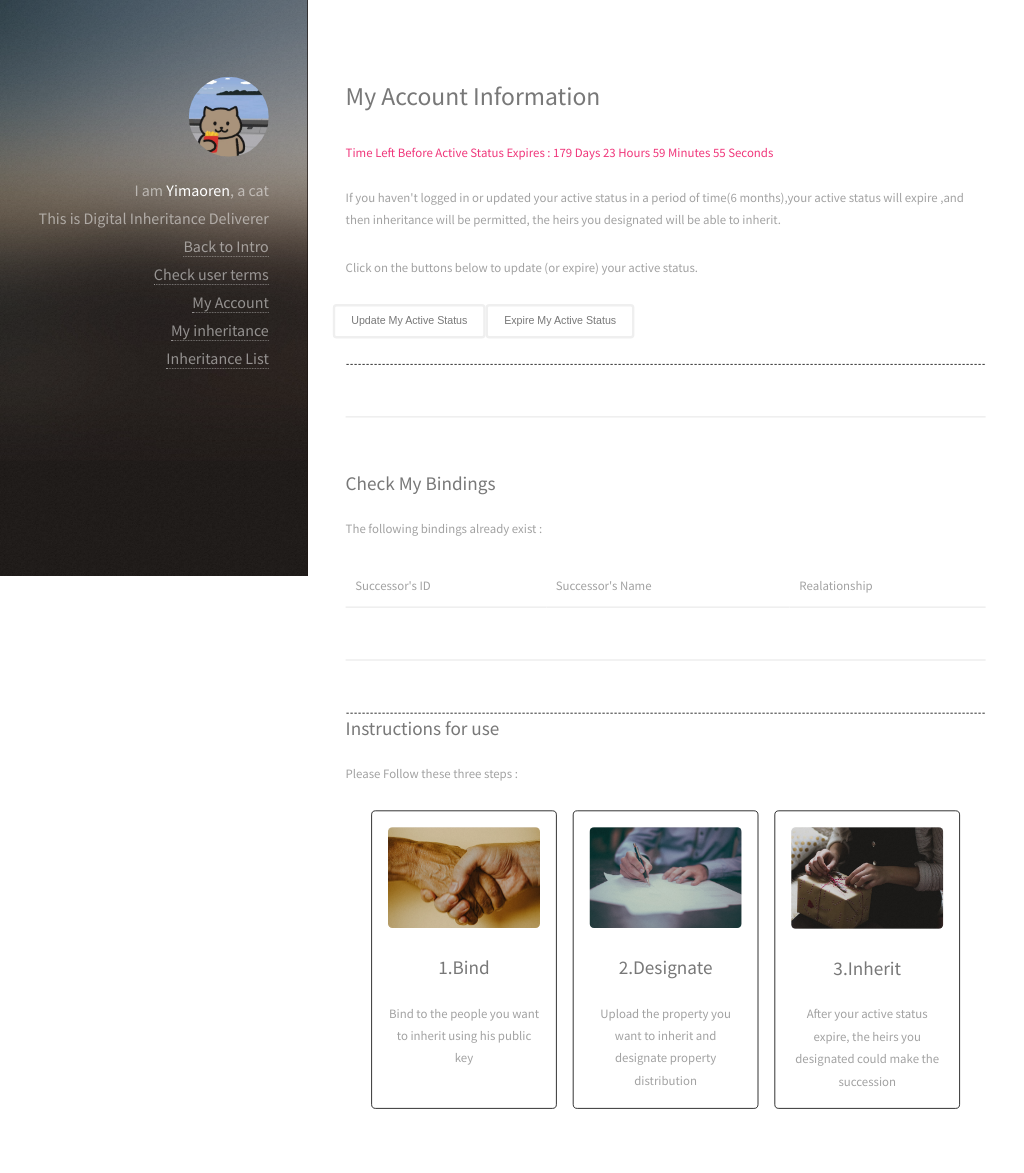
Repository: 1mocat/DID-blockchain-project
Page: Digital_I_D/app/src/myaccount.html
The author's editor kept a copy of each file at every save. The page is drawn from the files as they stood at one save, then again after the next save.
The browser window is 1280 px wide. The pictures show the whole page, at 80% of full size.

Above is the page before, as saved 2023-10-03 00:21:44.

### Digital_I_D/app/src/myaccount.html
<!DOCTYPE HTML>
<html>



<head>
	<title>Strata by HTML5 UP</title>
	<meta charset="utf-8" />
	<meta name="viewport" content="width=device-width, initial-scale=1, user-scalable=no" />
	<link rel="stylesheet" href="assets_account/css/main.css" />
	<style>
		#countdown {
			font-size: 16px;
			color: rgb(240, 55, 123);
		}

		.container {
			display: grid;
			/* 使用 grid 布局 */
			grid-template-columns: repeat(3, 1fr);
			/* 创建三列，均匀分布空间 */
			gap: 20px;
			/* 间隔大小 */
		}

		.box {
			padding: 20px;
			/* 内边距 */
			border: 1px solid #000;
			/* 边框样式 */
			text-align: center;
			/* 文本居中 */
		}
		.dashed-line {
      border: none;
      border-top: 1px dashed #000; /* 使用 dashed 边框样式和颜色 */
      margin: 1px ; /* 设置上下间距 */
    }
	</style>
</head>

<body class="is-preload">

	<!-- Header -->

	<header id="header">
		<div class="inner">
			<a href="#" class="image avatar"><img src="images/yimaoren.jpg" alt="" /></a>
			<h1>I am <strong>Yimaoren</strong>, a cat<br /></h1>
			<h1>This is Digital Inheritance Deliverer</h1>
			<h1><a href="index.html">Back to Intro</a></h1>
			<h1><a href="UserAgreement.html">Check user terms</a></h1>
			<h1><a href="NFTList.html">My Account</a></h1>
			<h1><a href="NFTList.html">My inheritance</a></h1>
			<h1><a href="AuctionList.html">Inheritance List</a></h1>
		</div>
	</header>

	<!-- Main -->
	<div id="main">

		<!-- One -->
		<section id="one">
			<header class="major">
				<h2>My Account Information</h2>
				<div id="countdown"></div>
				<script>
					// 目标日期：当前日期 + 30*6 天
					const targetDate = new Date();
					targetDate.setDate(targetDate.getDate() + 30 * 6);

					// 更新倒计时的函数
					function updateCountdown() {
						const currentDate = new Date();
						const timeDifference = targetDate - currentDate;

						if (timeDifference <= 0) {
							document.getElementById('countdown').innerHTML = '倒计时结束';
						} else {
							const days = Math.floor(timeDifference / (1000 * 60 * 60 * 24));
							const hours = Math.floor((timeDifference % (1000 * 60 * 60 * 24)) / (1000 * 60 * 60));
							const minutes = Math.floor((timeDifference % (1000 * 60 * 60)) / (1000 * 60));
							const seconds = Math.floor((timeDifference % (1000 * 60)) / 1000);

							const countdownText = `Time Left Before Active Status Expires : ${days} Days ${hours} Hours ${minutes} Minutes ${seconds} Seconds`;
							document.getElementById('countdown').innerHTML = countdownText;
						}
					}
					// 初始调用更新倒计时
					updateCountdown();
					// 每秒更新一次倒计时
					setInterval(updateCountdown, 1000);
				</script>
			</header>

			<p><br>If you haven't logged in or updated your active status in a period of time(6 months),your active
				status will expire ,and then inheritance will be permitted, the heirs you designated will be able to
				inherit.
				<br>
			</p>
			<p> Click on the buttons below to update (or expire) your active status. </p>
			<ul class="actions">
				<button onclick="" class="button">Update My Active Status </button>
				<button onclick="" class="button">Expire My Active Status </button>
			</ul>
			<hr class="dashed-line">
		</section>
		<section id="two">

			<h2>Check My Bindings</h2>
			<p>The following bindings already exist :</p>
			<div class="table-margin">
				<table class="table table-bordered table-header">
					<thead>
						<tr>
							<td class="w15">Successor's ID</td>
							<td class="w15">Successor's Name</td>
							<td class="w15">Realationship</td>

						</tr>
					</thead>
					<tbody id="details"></tbody>
				</table>
			</div>
		</section>
		<!-- Three -->
		<section id="three">
			<hr class="dashed-line">
			<h2>Instructions for use</h2>
			<p>Please Follow these three steps :</p>
			<div class="container">
				<div class="box">
					<a class="image fit"><img src="images/bind.jpg" title="Bind" alt="" /></a>
					<h2>1.Bind</h2>
					<p>Bind to the people you want to inherit using his public key</p>
				</div>
				<div class="box">
					<a class="image fit"><img src="images/assign.jpg" title="Designate" alt="" /></a>
					<h2>2.Designate</h2>
					<p>Upload the property you want to inherit and designate property distribution</p>
				</div>
				<div class="box">
					<a class="image fit"><img src="images/open.png" title="Inherit" alt="" /></a>
					<h2>3.Inherit</h2>
					<p>After your active status expire, the heirs you designated could make the succession</p>
				</div>
			</div>
		</section>



	</div>



	<!-- Scripts -->
	<script src="assets_account/js/jquery.min.js"></script>
	<script src="assets_account/js/jquery.poptrox.min.js"></script>
	<script src="assets_account/js/browser.min.js"></script>
	<script src="assets_account/js/breakpoints.min.js"></script>
	<script src="assets_account/js/util.js"></script>
	<script src="assets_account/js/main.js"></script>




</body>

</html>

Loaded but not shown: Digital_I_D/app/src/assets_account/css/fontawesome-all.min.css (library); Digital_I_D/app/src/assets_account/js/jquery.min.js (library); Digital_I_D/app/src/assets_account/js/jquery.poptrox.min.js (library); Digital_I_D/app/src/assets_account/js/browser.min.js (common file); Digital_I_D/app/src/assets_account/js/breakpoints.min.js (common file); Digital_I_D/app/src/assets_account/js/util.js (587 lines, source omitted); Digital_I_D/app/src/assets_account/js/main.js (117 lines, source omitted); Digital_I_D/app/src/assets_account/css/main.css (3221 lines, source omitted)

After the next save:
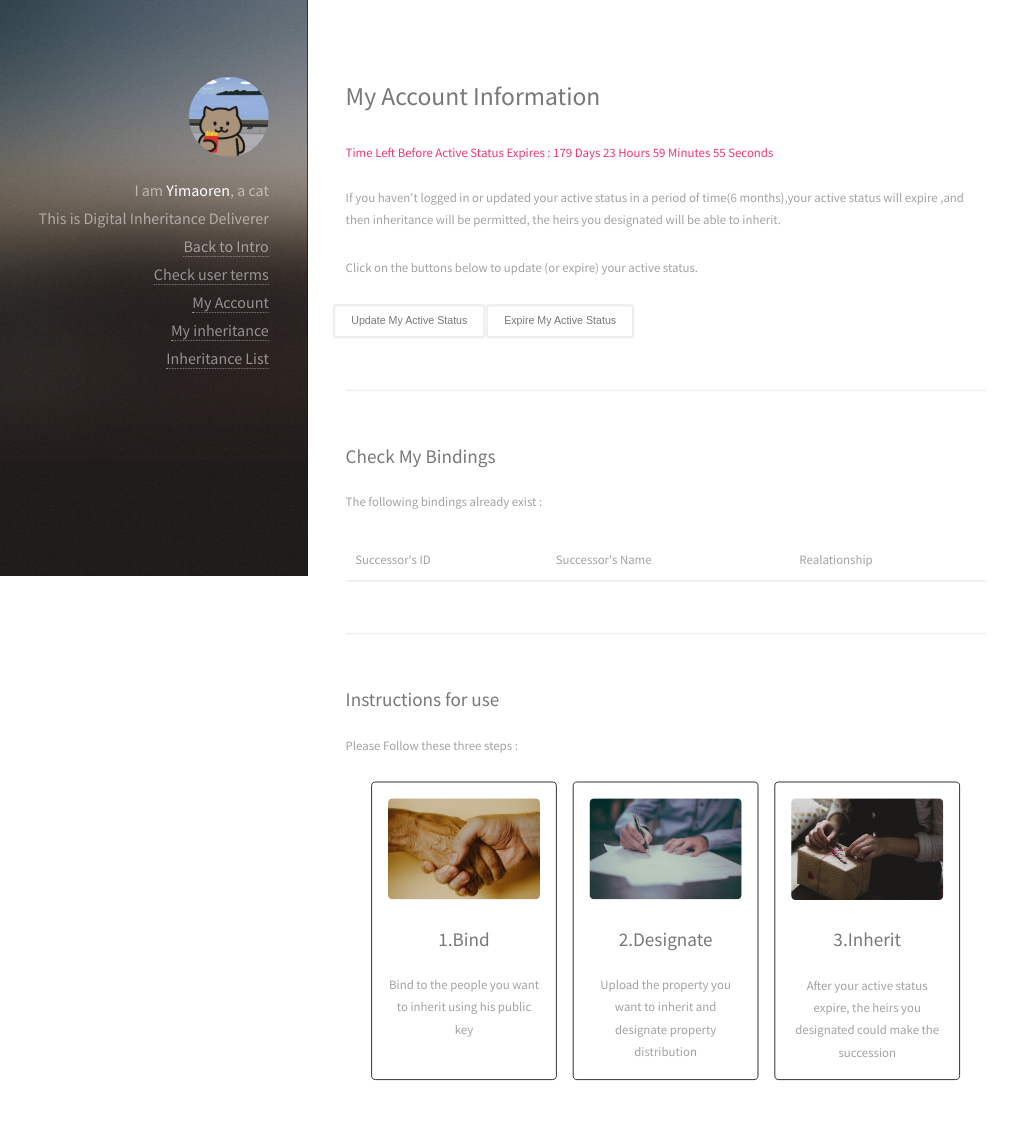
Saved 33 s later.
--- a/Digital_I_D/app/src/myaccount.html
+++ b/Digital_I_D/app/src/myaccount.html
@@ -103,7 +103,7 @@
 				<button onclick="" class="button">Update My Active Status </button>
 				<button onclick="" class="button">Expire My Active Status </button>
 			</ul>
-			<hr class="dashed-line">
+
 		</section>
 		<section id="two">
 
@@ -125,7 +125,7 @@
 		</section>
 		<!-- Three -->
 		<section id="three">
-			<hr class="dashed-line">
+
 			<h2>Instructions for use</h2>
 			<p>Please Follow these three steps :</p>
 			<div class="container">
